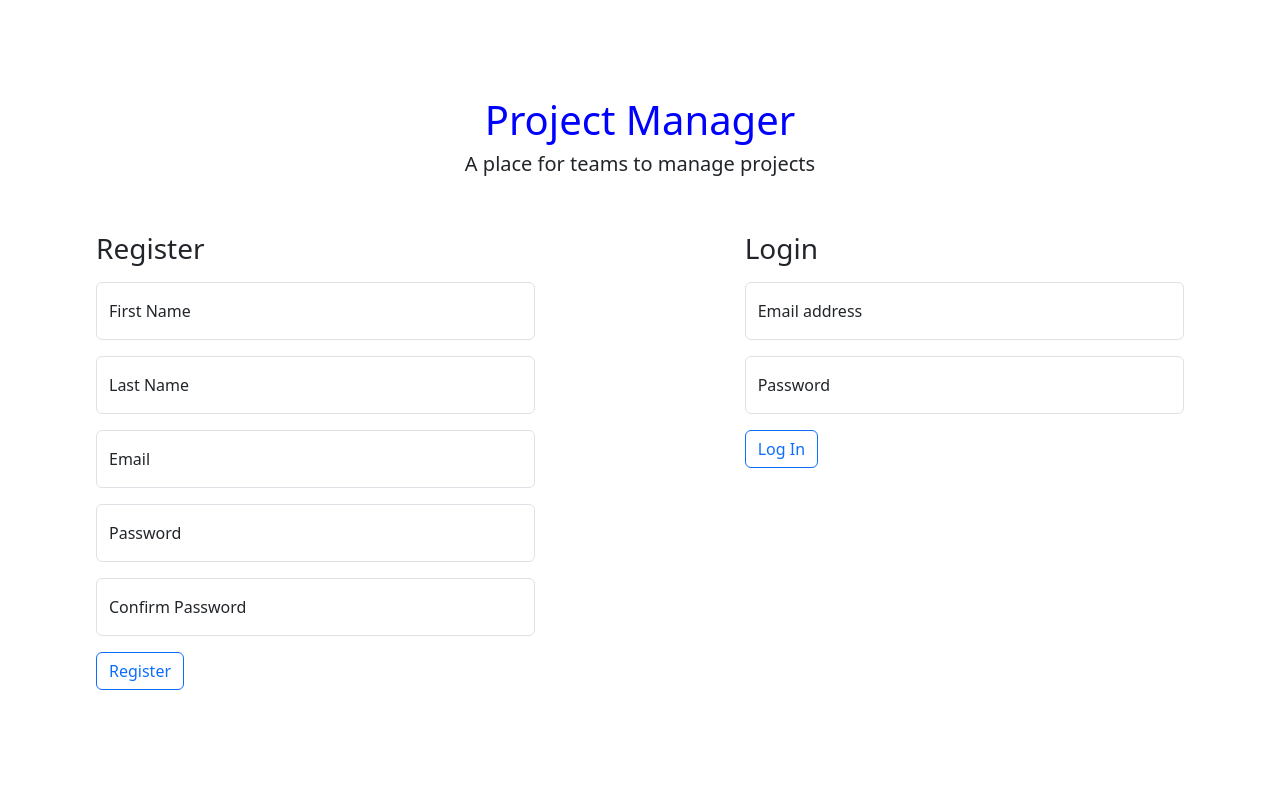
Repository: ShathaMorales/Java-Stack
Page: http://localhost/LoginRegistration/WEB-INF/index.jsp
These files come from the project's save history. The page is drawn as it stood at one moment and after the next save; the edit follows.
The browser window is 1280 px wide. The pictures show the whole page.
The page is served by Tomcat 10. Nobody is signed in. Other server files are loaded and not shown. The template is opened directly, without the code that normally fills it, so the values that code supplies are empty.

Above is the page before, as saved 2023-05-13 09:24:07.

### _java/FullSpring/ProjectManager/LoginRegistration/src/main/webapp/WEB-INF/index.jsp
<%@ page language="java" contentType="text/html; charset=UTF-8" pageEncoding="UTF-8"%>
<%@ taglib prefix = "c" uri = "http://java.sun.com/jsp/jstl/core" %>
<%@ taglib uri="http://java.sun.com/jsp/jstl/fmt" prefix="fmt"  %>
<%@ taglib prefix="form" uri="http://www.springframework.org/tags/form"%>
<%@ page isErrorPage="true" %>
<!DOCTYPE html>
<html>
<head>
<meta charset="UTF-8">
<link href="https://cdn.jsdelivr.net/npm/bootstrap@5.3.0-alpha3/dist/css/bootstrap.min.css" rel="stylesheet" integrity="sha384-KK94CHFLLe+nY2dmCWGMq91rCGa5gtU4mk92HdvYe+M/SXH301p5ILy+dN9+nJOZ" crossorigin="anonymous">
<title>Login and Registration</title>
</head>
<body>
	<div class="container-md-fluid m-5 p-5">
    	<div class="row justify-content-between">
    	<h1 style="color:blue"class="text-center">Project Manager</h1>
    	<h5 class="text-center">A place for teams to manage projects</h5>
            <div class = "col-5 mt-5">
    			<h3>Register</h3>
                <form:form action="/register" method="post" modelAttribute="newUser">
                    <div class="form-floating my-3">
                      <form:input path="firstName" class="form-control" name = "firstName" id="floatingInput" placeholder="name@example.com"/>
                      <form:label path="firstName" for="floatingInput">First Name</form:label>
                        <form:errors path="firstName" class = "my-3" style="color: blue;"/>
                    </div>
                    <div class="form-floating my-3">
                      <form:input path="lastName" class="form-control" name = "lastName" id="floatingInput" placeholder="name@example.com"/>
                      <form:label path="lastName" for="floatingInput">Last Name</form:label>
                        <form:errors path="lastName" class = "my-3" style="color: blue;"/>
                    </div>
                    <div class="form-floating my-3">
                      <form:input type="email" path="email" class="form-control" name = "email" id="floatingInput" placeholder="name@example.com"/>
                      <form:label path="email" for="floatingInput">Email</form:label>
                        <form:errors path="email" class = "my-3" style="color: blue;"/>
                    </div>
                    <div class="form-floating my-3">
                      <form:input type="password" path="password" class="form-control" name = "password" id="floatingInput" placeholder="name@example.com"/>
                      <form:label path="password" for="floatingInput">Password</form:label>
                        <form:errors path="password" class = "my-3" style="color: blue;"/>
                    </div>
                    <div class="form-floating my-3">
                      <form:input type="password"  path="confirm" class="form-control" name = "confirm" id="floatingInput" placeholder="name@example.com"/>
                      <form:label path="confirm" for="floatingInput">Confirm Password</form:label>
                        <form:errors path="confirm" class = "my-3" style="color: blue;"/>
                    </div>
                    <button type="submit" class="btn btn-outline-primary align-self-center">Register</button>
                    </form:form>
    		</div>
    		 <div class = "col-5 mt-5">
    			<h3>Login</h3>
                <form:form action="/login" method="post" modelAttribute="newLogin">
                    <div class="form-floating my-3">
                      <form:input type="email" path="email" class="form-control" name = "email" id="floatingInput" placeholder="name@example.com"/>
                      <form:label path="email" for="floatingInput">Email address</form:label>
                        <form:errors path="email" class = "my-3" style="color: blue;"/>
                    </div>
                    <div class="form-floating my-3">
                      <form:input type="password" path="password" class="form-control" name = "password" id="floatingInput" placeholder="name@example.com"/>
                      <form:label path="password" for="floatingInput">Password</form:label>
                        <form:errors path="password" class = "my-3" style="color: blue;"/>
                    </div>
                    <button type="submit" class="btn btn-outline-primary align-self-center">Log In</button>
                    </form:form>
    		</div>
    		</div>
    </div>
</body>
</html>

After the next save:
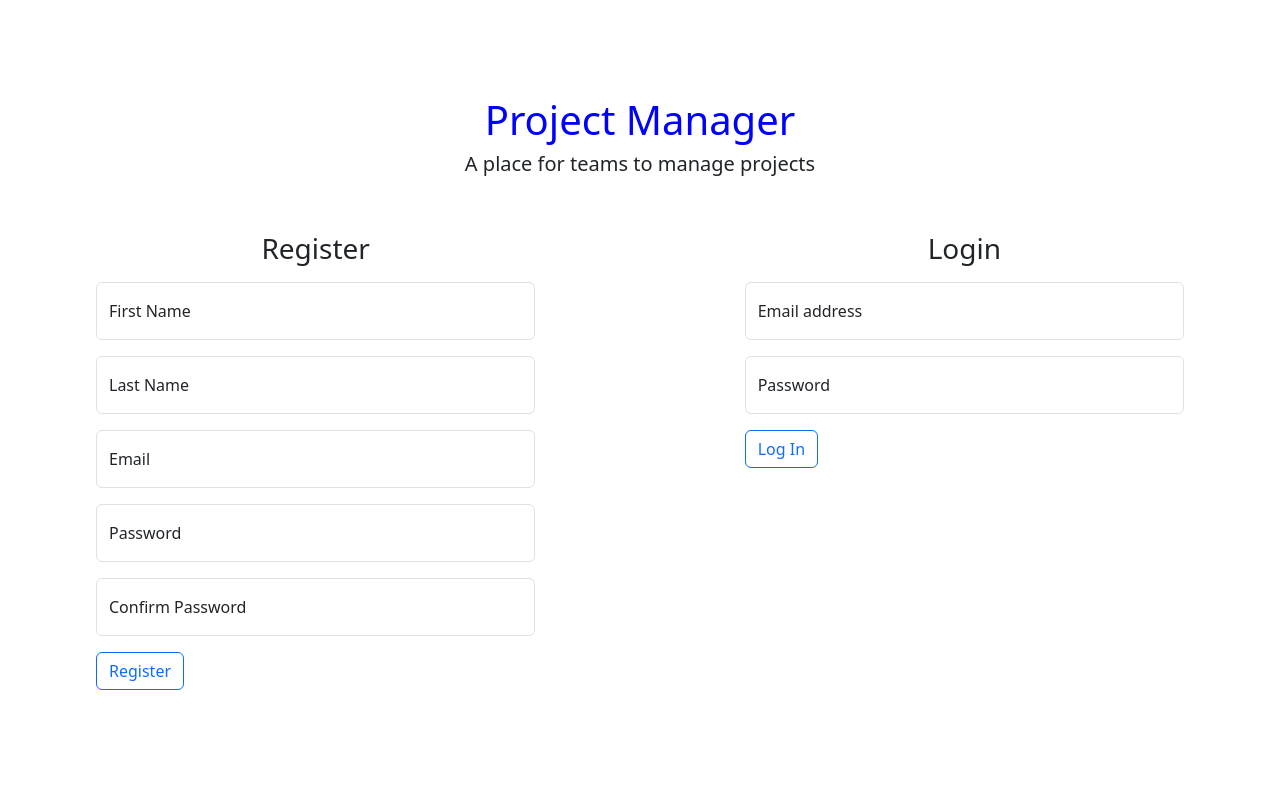
Saved 33 s later.
--- a/_java/FullSpring/ProjectManager/LoginRegistration/src/main/webapp/WEB-INF/index.jsp
+++ b/_java/FullSpring/ProjectManager/LoginRegistration/src/main/webapp/WEB-INF/index.jsp
@@ -16,7 +16,7 @@
     	<h1 style="color:blue"class="text-center">Project Manager</h1>
     	<h5 class="text-center">A place for teams to manage projects</h5>
             <div class = "col-5 mt-5">
-    			<h3>Register</h3>
+    			<h3 class="text-center">Register</h3>
                 <form:form action="/register" method="post" modelAttribute="newUser">
                     <div class="form-floating my-3">
                       <form:input path="firstName" class="form-control" name = "firstName" id="floatingInput" placeholder="name@example.com"/>
@@ -47,7 +47,7 @@
                     </form:form>
     		</div>
     		 <div class = "col-5 mt-5">
-    			<h3>Login</h3>
+    			<h3 class="text-center">Login</h3>
                 <form:form action="/login" method="post" modelAttribute="newLogin">
                     <div class="form-floating my-3">
                       <form:input type="email" path="email" class="form-control" name = "email" id="floatingInput" placeholder="name@example.com"/>
